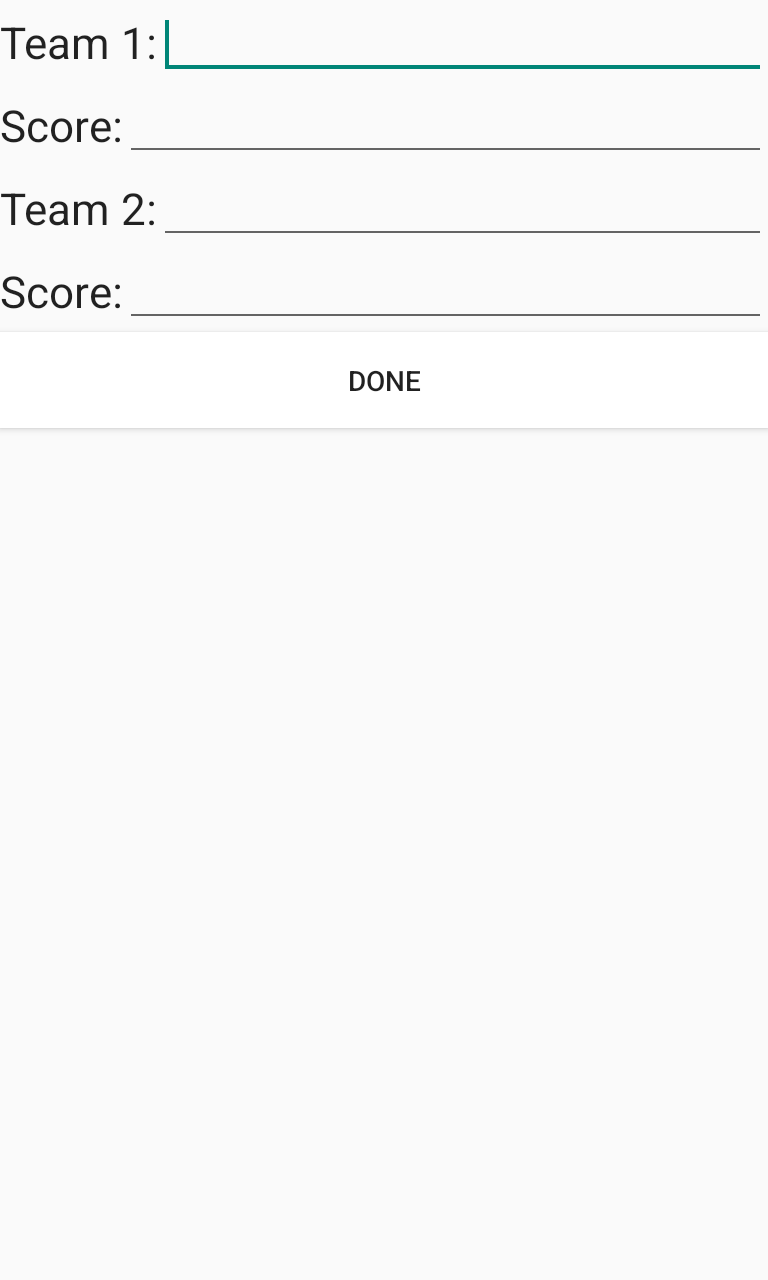
Repository: charlesweng/school
Layout: simpleandroidapps/GettingToKnowUIActivities/charleswengScoringProject/charleswengScoring/res/layout/fragment_teamdialog.xml
An editor plug-in stored every save of this project. The layout is shown before and after the next save, followed by the edit.
It is drawn on a 768 x 1280 px phone screen (xhdpi) without system bars, with theme AppTheme; the app's code is not run.

Above is the layout before, as saved 2014-04-26 08:54:15.

### simpleandroidapps/GettingToKnowUIActivities/charleswengScoringProject/charleswengScoring/res/layout/fragment_teamdialog.xml
<?xml version="1.0" encoding="utf-8"?>
<RelativeLayout xmlns:android="http://schemas.android.com/apk/res/android"
    android:layout_width="match_parent"
    android:layout_height="match_parent"
    android:orientation="vertical" >

    <TextView
        android:id="@+id/team1name"
        android:layout_width="wrap_content"
        android:layout_height="wrap_content"
        android:layout_alignParentTop="true"
        android:layout_alignParentLeft="true"
        android:layout_alignBaseline="@+id/editTeam1"
        android:text="@string/team_1_edit"
        android:textAppearance="?android:attr/textAppearanceLarge" />

    <TextView
        android:id="@+id/team2name"
        android:layout_width="wrap_content"
        android:layout_height="wrap_content"
        android:layout_below="@+id/team1score"
        android:layout_alignBaseline="@+id/editTeam2"
        android:layout_alignParentLeft="true"
        android:text="@string/team_2_edit"
        android:textAppearance="?android:attr/textAppearanceLarge" />

    <TextView
        android:id="@+id/team1score"
        android:layout_width="wrap_content"
        android:layout_height="wrap_content"
        android:layout_below="@+id/team1name"
        android:layout_alignBaseline="@+id/editScore1"
        android:layout_alignParentLeft="true"
        android:text="@string/score"
        android:textAppearance="?android:attr/textAppearanceLarge" />

    <TextView
        android:id="@+id/team2score"
        android:layout_width="wrap_content"
        android:layout_height="wrap_content"
        android:layout_below="@+id/team2name"
        android:layout_alignBaseline="@+id/editScore2"
        android:layout_alignParentLeft="true"
        android:text="@string/score"
        android:textAppearance="?android:attr/textAppearanceLarge" />

    <EditText
        android:id="@+id/editTeam1"
        android:layout_width="fill_parent"
        android:layout_height="wrap_content"
        android:layout_alignParentRight="true"
        android:layout_alignParentTop="true"
        android:layout_toRightOf="@+id/team1name"
        android:inputType="text"
        android:ems="10" >
        <requestFocus />
    </EditText>

    <EditText
        android:id="@+id/editTeam2"
        android:layout_width="fill_parent"
        android:layout_height="wrap_content"
        android:layout_alignParentRight="true"
        android:layout_below="@+id/editScore1"
        android:layout_toRightOf="@+id/team2name"
        android:inputType="text"
        android:ems="10" >
    </EditText>

    <EditText
        android:id="@+id/editScore1"
        android:layout_width="fill_parent"
        android:layout_height="wrap_content"
        android:layout_alignParentRight="true"
        android:layout_below="@+id/editTeam1"
        android:layout_toRightOf="@+id/team1score"
        android:inputType="number"
        android:ems="10" >
    </EditText>

    <EditText
        android:id="@+id/editScore2"
        android:layout_width="fill_parent"
        android:layout_height="wrap_content"
        android:layout_alignParentRight="true"
        android:layout_below="@+id/editTeam2"
        android:layout_toRightOf="@+id/team2score"
        android:inputType="number"
        android:ems="10" >
    </EditText>

    <Button
        android:id="@+id/button1"
        android:layout_width="fill_parent"
        android:layout_height="wrap_content"
        android:layout_below="@+id/editScore2"
        android:layout_centerHorizontal="true"
        android:text="@string/done"
        android:background="#FFF"/>

</RelativeLayout>

### simpleandroidapps/GettingToKnowUIActivities/charleswengScoringProject/charleswengScoring/res/values/strings.xml
<?xml version="1.0" encoding="utf-8"?>
<resources>

    <string name="app_name">charleswengScoring</string>
    <string name="hello_world">Hello world!</string>
    <string name="action_settings">Settings</string>
    <string name="enter_date">Enter Date</string>
    <string name="date">Date</string>
    <string name="enter_game">Enter Game</string>
    <string name="team_1">Team 1</string>
    <string name="team_2">Team 2</string>
    <string name="team_1_edit">Team 1:</string>
    <string name="team_2_edit">Team 2:</string>
    <string name="zero">0</string>
    <string name="next_game">Next Game</string>
    <string name="title_activity_date_picker">DatePicker</string>
	<string name="done">Done</string>
	<string name="score">Score:</string>
</resources>

Loaded but not shown: simpleandroidapps/GettingToKnowUIActivities/charleswengScoringProject/charleswengScoring/res/values/styles.xml (common file); simpleandroidapps/GettingToKnowUIActivities/charleswengScoringProject/charleswengScoring/res/values-v11/styles.xml (common file); simpleandroidapps/GettingToKnowUIActivities/charleswengScoringProject/charleswengScoring/res/values-v14/styles.xml (common file)

After the next save:
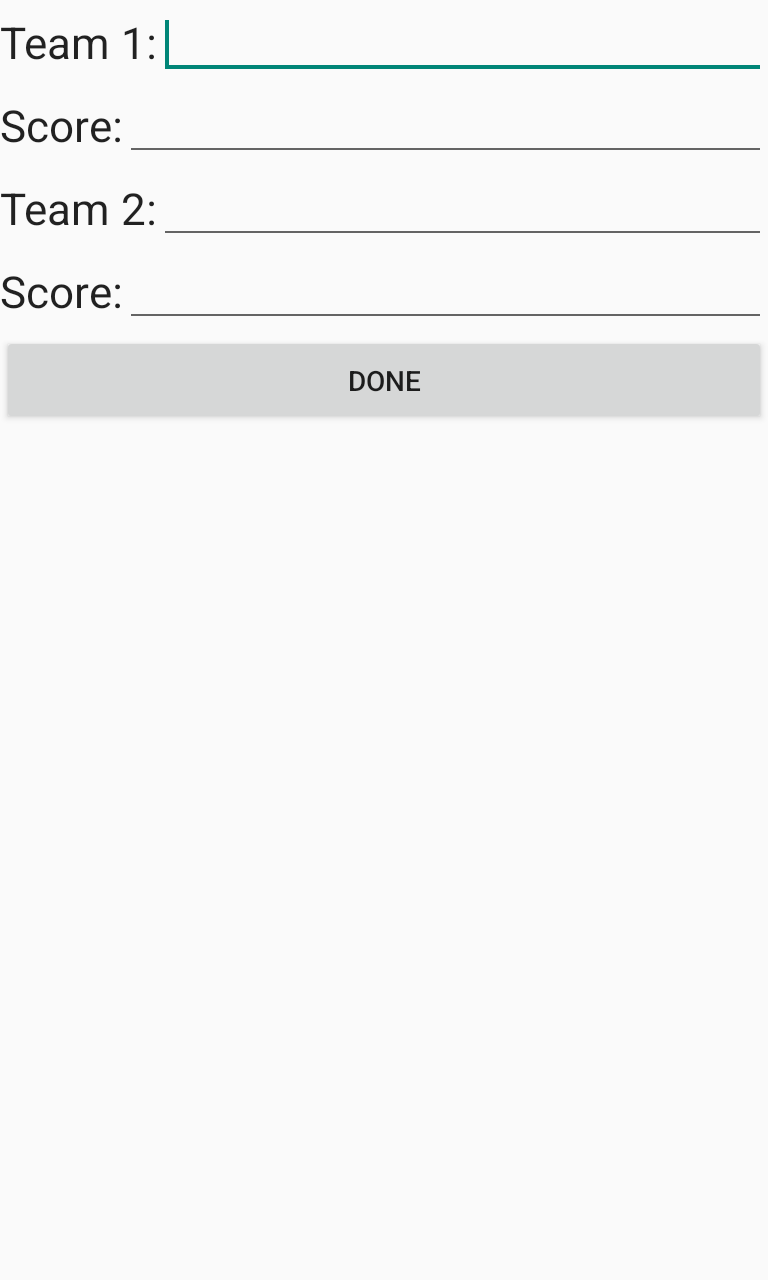
Saved 34 s later.
--- a/simpleandroidapps/GettingToKnowUIActivities/charleswengScoringProject/charleswengScoring/res/layout/fragment_teamdialog.xml
+++ b/simpleandroidapps/GettingToKnowUIActivities/charleswengScoringProject/charleswengScoring/res/layout/fragment_teamdialog.xml
@@ -96,6 +96,6 @@
         android:layout_below="@+id/editScore2"
         android:layout_centerHorizontal="true"
         android:text="@string/done"
-        android:background="#FFF"/>
+		/>
 
 </RelativeLayout>
